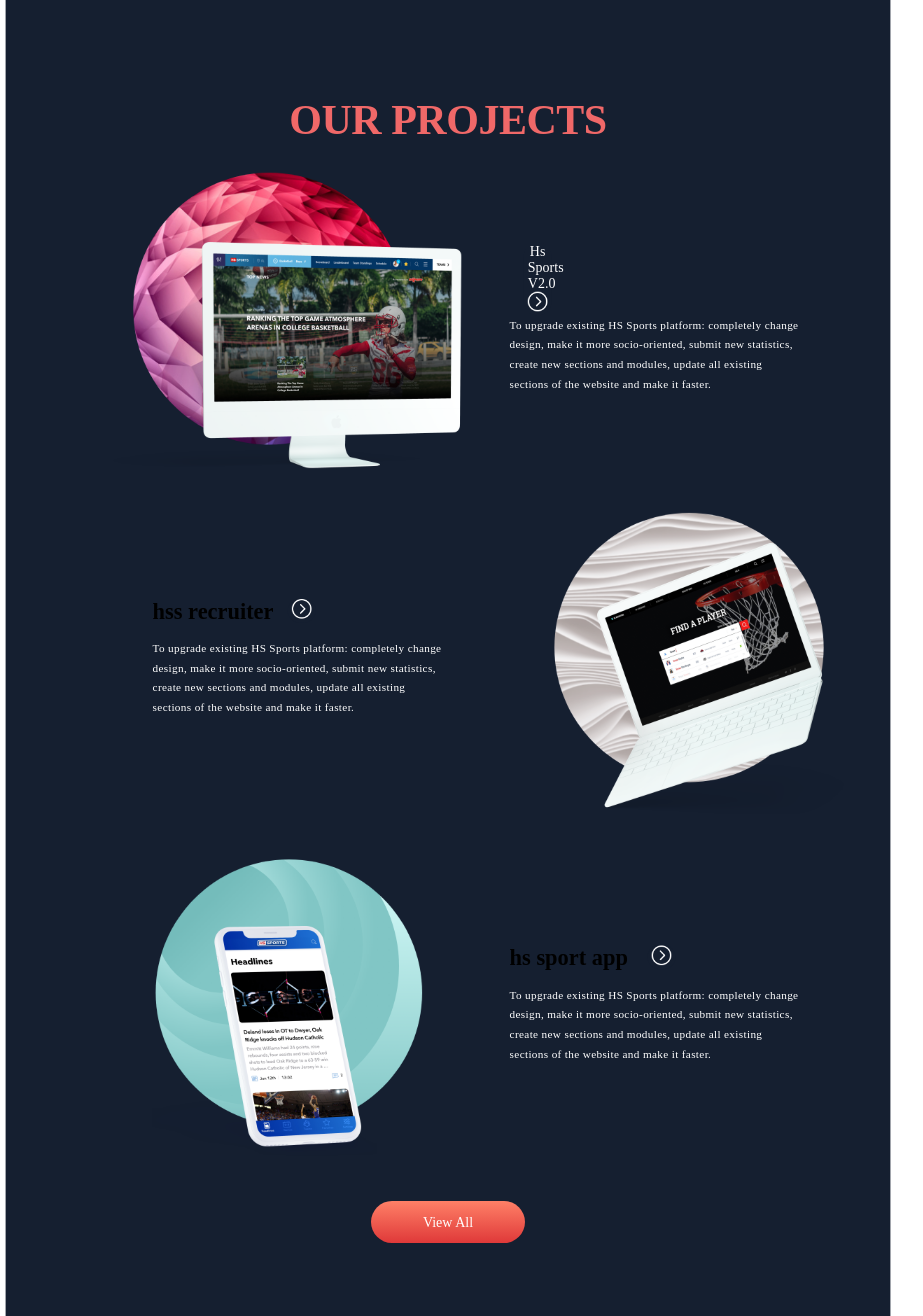
Repository: batonAnton/Ukiepro_girl
Page: index.html
These files come from the project's save history. The page is drawn as it stood at one moment and after the next save; the edit follows.
The browser window is 1280 px wide. The page is 1318 px wide, so the pictures cover 1318 px, including what lies to the right of the window. The pictures show the part of the page from y = 3634 to 5514 px (the page is 9087 px tall), at 70% of full size.

Above is the page before, as saved 2020-04-28 15:03:35.

After the next save:
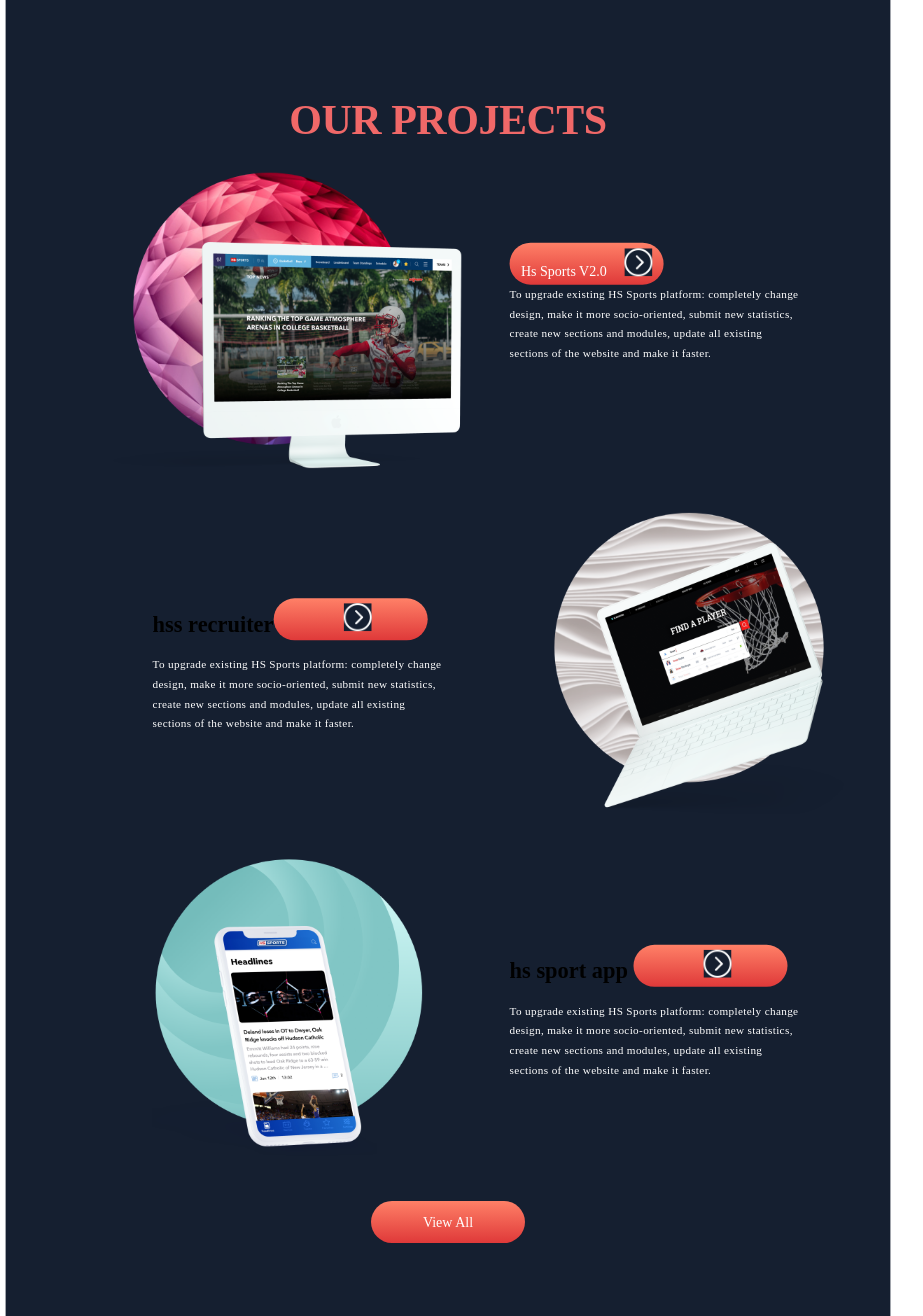
Saved 5 min 19 s later.
--- a/Css/style.css
+++ b/Css/style.css
@@ -380,7 +380,7 @@
   line-height: 28px;
 }
 
-.block3 .row_btn {
+.block3 .row_btn img {
   width: 40px;
   height: auto;
   margin-left: 20px;
